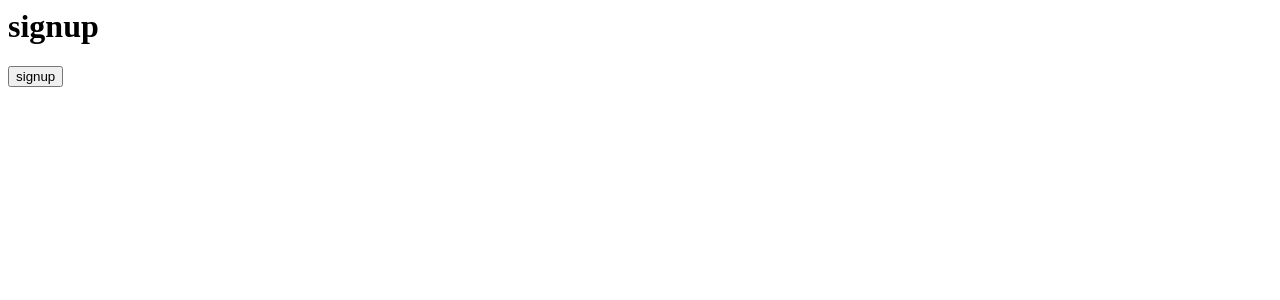
Repository: Andres250602/auth.django
Page: http://localhost/signup/
The author's editor kept a copy of each file at every save. The page is drawn from the files as they stood at one save, then again after the next save.
The browser window is 1280 px wide. The pictures show the whole page.
The page is served by the project's application, run on Django 5.2 (manage.py).

Above is the page before, as saved 2024-04-10 10:25:28.

After the next save:
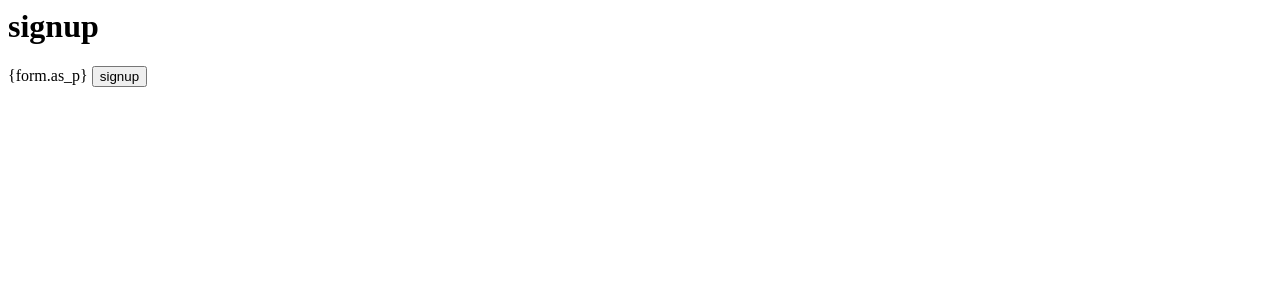
Saved 114 s later.
--- a/myapp/templates/signup.html
+++ b/myapp/templates/signup.html
@@ -1,7 +1,7 @@
 <h1>signup</h1>
 <form action="/signup/" method="POST">
     {%csrf_token%}
-    {{form.as_p}}
+    {form.as_p}
     <button>
         signup
     </button>

After the save that followed:
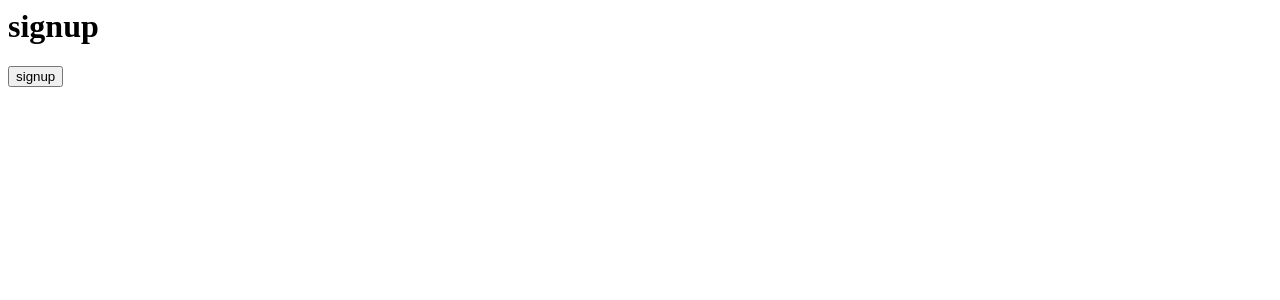
Saved 30 s later.
--- a/myapp/templates/signup.html
+++ b/myapp/templates/signup.html
@@ -1,7 +1,7 @@
 <h1>signup</h1>
 <form action="/signup/" method="POST">
     {%csrf_token%}
-    {form.as_p}
+    {{form.as_p}}
     <button>
         signup
     </button>
